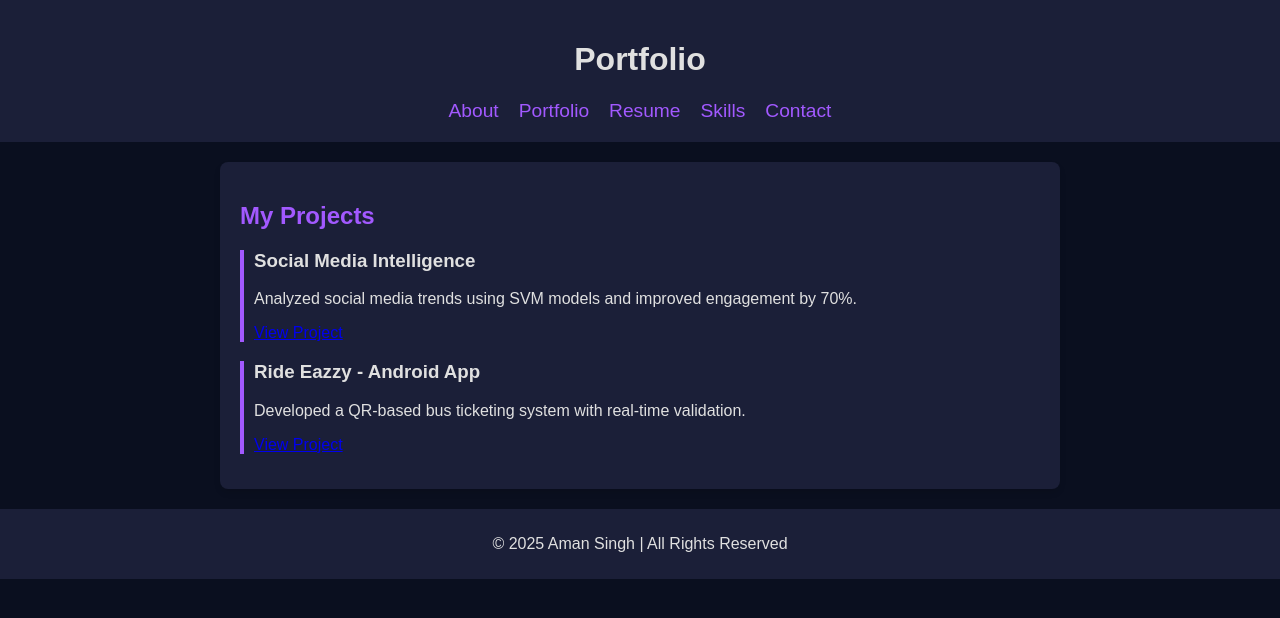
Repository: aman3singh/portfolio
Page: portfolio.html
These files come from the project's save history. The page is drawn as it stood at one moment and after the next save; the edit follows.
The browser window is 1280 px wide. The pictures show the whole page.

Above is the page before, as saved 2025-02-11 22:19:54.

After the next save:
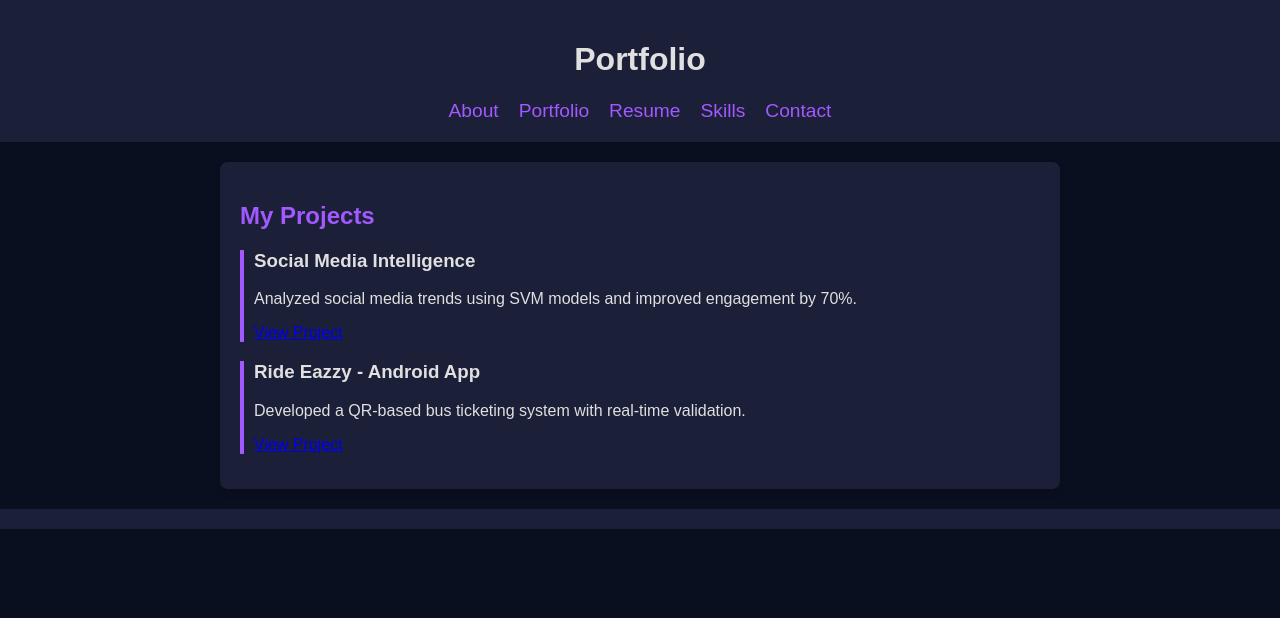
Saved 9 s later.
--- a/portfolio.html
+++ b/portfolio.html
@@ -33,7 +33,17 @@
     </section>
 
     <footer>
-        <p>© 2025 Aman Singh | All Rights Reserved</p>
-    </footer>
+        <div class="social-links" style="display: flex; gap: 20px; font-size: 2rem;">
+            <a href="mailto:aman3singh.work@gmail.com" target="_blank">
+                <i class="fa-solid fa-envelope"></i>
+            </a>
+            <a href="https://www.linkedin.com/in/aman-singh7/" target="_blank">
+                <i class="fa-brands fa-linkedin"></i>
+            </a>
+            <a href="https://github.com/aman3singh" target="_blank">
+                <i class="fa-brands fa-github"></i>
+            </a>
+        </div>
+</footer>
 </body>
 </html>
